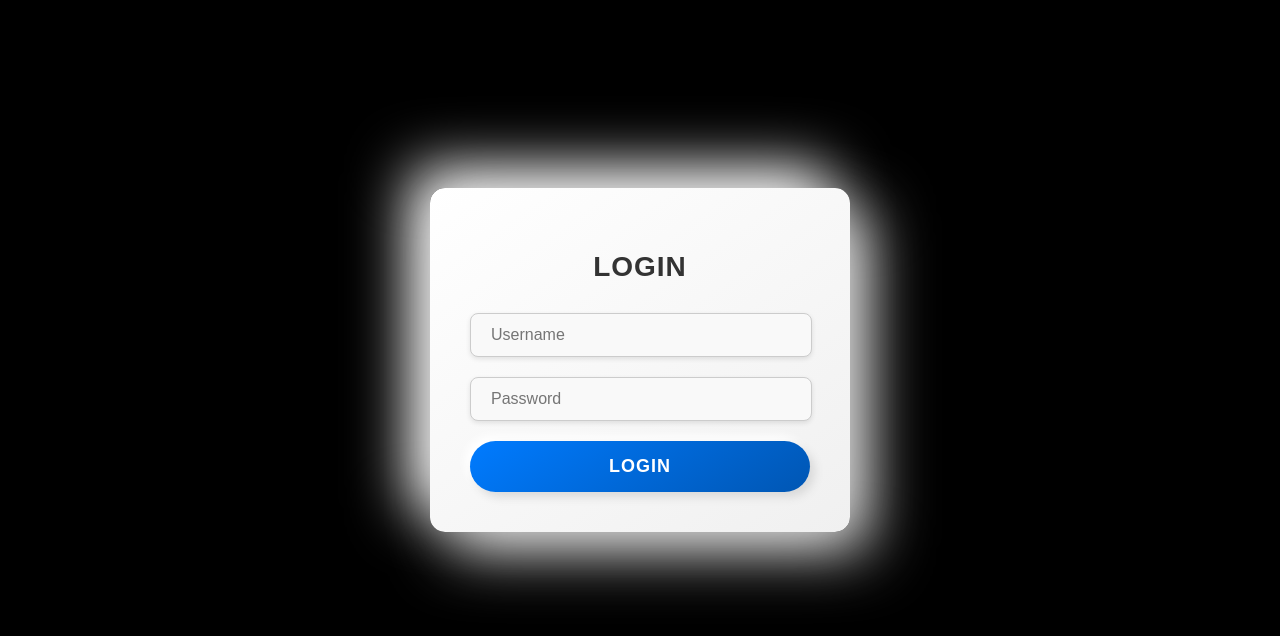
Repository: mdmisri/needy-talk
Page: /login (app in frontend/talk-d1/)
The author's editor kept a copy of each file at every save. The page is drawn from the files as they stood at one save, then again after a run of saves.
The browser window is 1280 px wide. The pictures show the whole page.
The page's requests for data from a server got no answer. The project was rebuilt for these pictures with package versions that can differ from the ones it lists, and the page was loaded fresh each time. No one was signed in, and anything a server would have sent is missing. Also part of the build but not shown: frontend/talk-d1/src/components/Register/Register.js, frontend/talk-d1/src/conversationUtils.js, frontend/talk-d1/src/hooks/useConversation.js, frontend/talk-d1/src/components/Chat/styles/Message.css, frontend/talk-d1/src/components/Chat/Message.js, frontend/talk-d1/src/components/Chat/ChatBox.js, frontend/talk-d1/src/components/Chat/AdminChatBox.js, frontend/talk-d1/src/components/Chat/styles/AdminSelection.css and 2 more.

Above is the page before, as saved 2024-07-29 04:37:29.

After the next 4 saves:
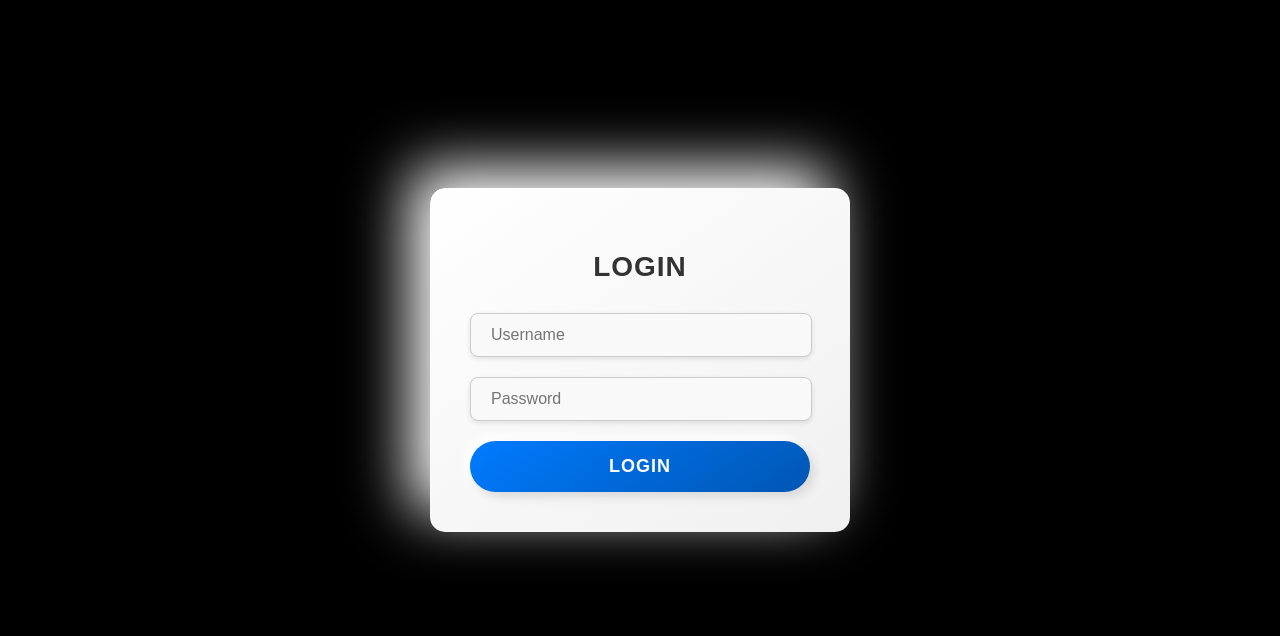
The 4 saves are shown as one change because they came seconds apart.
The last was saved 12 s later.
--- a/frontend/talk-d1/src/components/Login/Login.css
+++ b/frontend/talk-d1/src/components/Login/Login.css
@@ -13,7 +13,7 @@ body, html {
     width: 340px;
     padding: 40px;
     background: linear-gradient(145deg, #ffffff, #f0f0f0);
-    box-shadow: 20px 20px 60px #d9d9d9, -20px -20px 60px #ffffff;
+    box-shadow: 0 0 0px #d9d9d9, -20px -20px 60px #ffffff;
     border-radius: 15px;
     text-align: center;
 }
